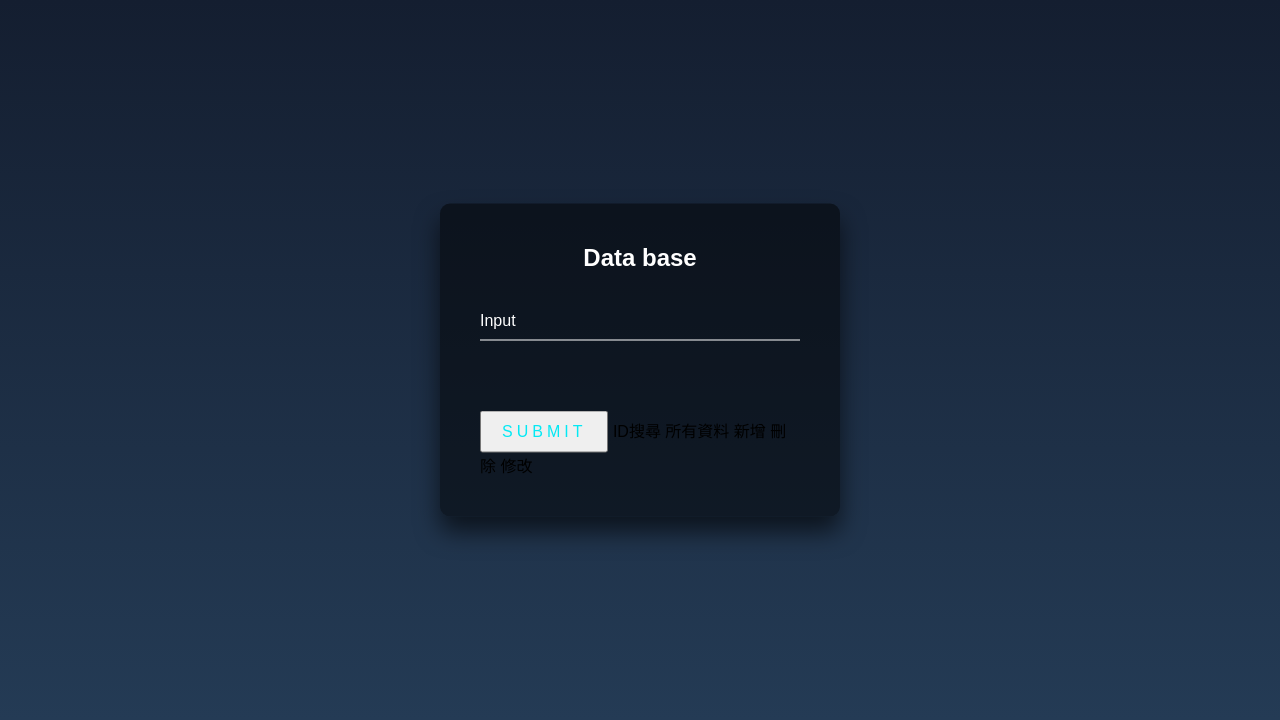
Repository: Ray917x/JaveEEforProject
Page: JSP/src/main/webapp/project/MainPageCSS.html
These files come from the project's save history. The page is drawn as it stood at one moment and after the next save; the edit follows.
The browser window is 1280 px wide. The pictures show the whole page.

Above is the page before, as saved 2022-09-14 08:13:36.

After the next save:
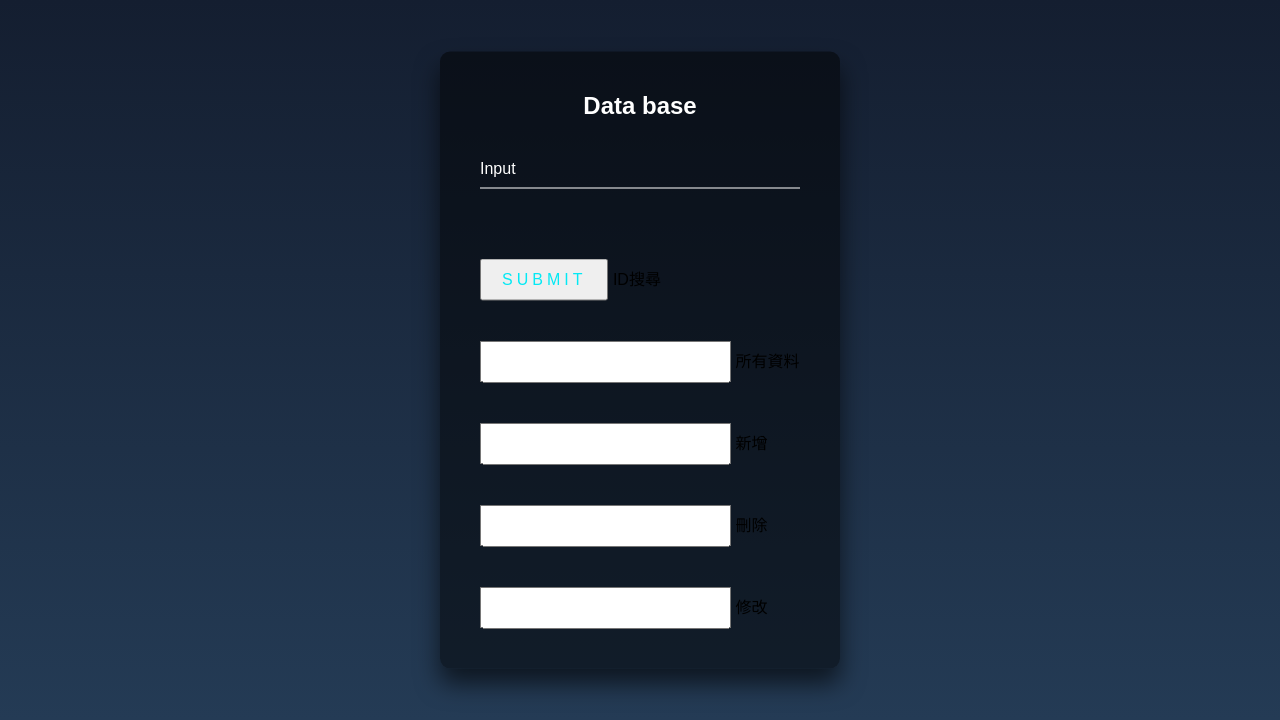
Saved 4 min 39 s later.
--- a/JSP/src/main/webapp/project/MainPageCSS.html
+++ b/JSP/src/main/webapp/project/MainPageCSS.html
@@ -216,18 +216,35 @@ bottom
 				<input type="text" name="animal_id" required> <label>Input</label>
 			</div>
 
-			<input type="submit" class="button"><span></span>
-				<span></span> <span></span> <span></span> ID搜尋
-				 <a
-				formaction="/JSP/AnimalGetAllJSTL"> <span></span> <span></span>
-				<span></span> <span></span> 所有資料
-			</a> <a formaction="AnimalCreate.html"> <span></span> <span></span> <span></span>
-				<span></span> 新增
-			</a> <a formaction="/JSP/AnimalDelete"> <span></span> <span></span> <span></span>
-				<span></span> 刪除
-			</a> <a formaction="/JSP/AnimalGetUpdateJSTL"> <span></span> <span></span>
-				<span></span> <span></span> 修改
-			</a>
+			<input type="submit" class="button">
+			<span></span>
+			<span></span>
+			<span></span>
+			<span></span> ID搜尋
+
+			<input class="button" formaction="/JSP/AnimalGetAllJSTL">
+			<span></span>
+			<span></span>
+			<span></span>
+			<span></span> 所有資料</input>
+
+			<input class="button" formaction="AnimalCreate.html">
+			<span></span>
+			<span></span>
+			<span></span>
+			<span></span> 新增</input>
+
+			<input class="button" formaction="/JSP/AnimalDelete">
+			<span></span>
+			<span></span>
+			<span></span>
+			<span></span> 刪除</input>
+
+			<input class="button" formaction="/JSP/AnimalGetUpdateJSTL">
+			<span></span>
+			<span></span>
+			<span></span>
+			<span></span> 修改</input>
 		</form>
 	</div>
 </body>
